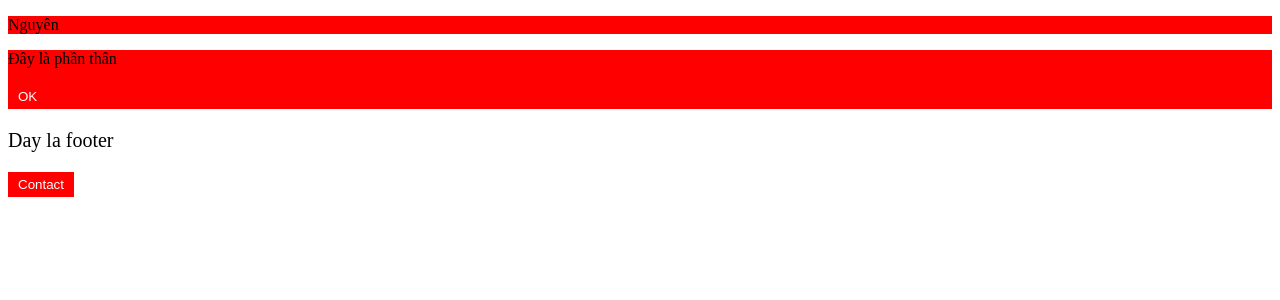
Repository: nguyenary/LeanSASS
Page: index.html
The author's editor kept a copy of each file at every save. The page is drawn from the files as they stood at one save, then again after the next save.
The browser window is 1280 px wide. The pictures show the whole page.
The style sheet was rebuilt from its Sass, Less or Tailwind sources for each picture, by a compiler version that may differ from the author's.

Above is the page before, as saved 2021-09-04 23:17:51.

### index.html
<!DOCTYPE html>
<html lang="en">
<head>
    <meta charset="UTF-8">
    <meta http-equiv="X-UA-Compatible" content="IE=edge">
    <meta name="viewport" content="width=device-width, initial-scale=1.0">
    <link rel="stylesheet" href="dist/css/index.min.css">
    <title>Document</title>
</head>
<body>
    <header>
        <p>Nguyên</p>
    </header>
    <section>
        <p>Đây là phần thân</p>
        <button class="btn">OK</button>
    </section>
    <footer>
        <p>Day la footer</p>
        <button>Contact</button>
    </footer>
</body>
</html>

### style/index.scss
$main-color: red;
@import 'header';
@import 'mixin';

section {
    background-color: $main-color;
}

section button {
    @include buttonStyle();
}

footer {
    button {
        @include buttonStyle();
    }

    p {
        font-size: 20px;
    }
}

### style/header.scss
header {
    background-color: $main-color;
}

### style/_mixin.scss
@mixin buttonStyle {
    background: $main-color;
    border: 0;
    padding: 5px 10px;
    color: #fff;
}

After the next save:
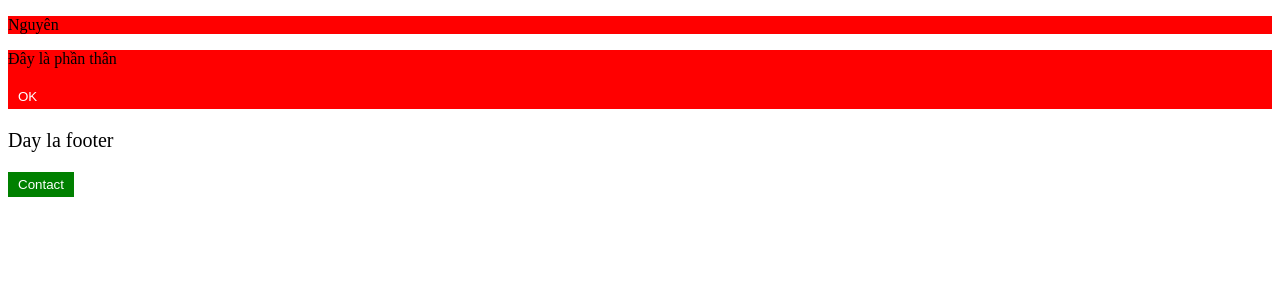
Saved 21 s later.
--- a/style/index.scss
+++ b/style/index.scss
@@ -13,6 +13,7 @@ section button {
 footer {
     button {
         @include buttonStyle();
+        background: green;
     }
 
     p {
